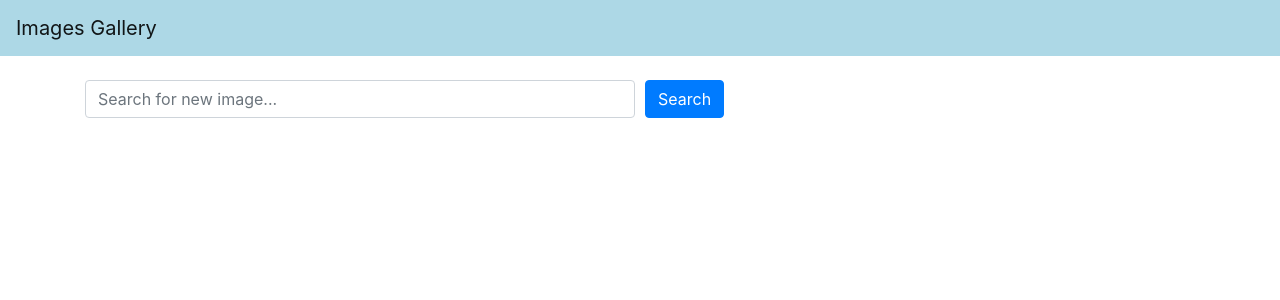
Repository: Zolds403/images-gallery
Page: / (app in frontend/)
An editor plug-in stored every save of this project. The page is shown before and after the next save, followed by the edit.
The browser window is 1280 px wide. The pictures show the whole page.
The project was rebuilt for these pictures with package versions that can differ from the ones it lists, and the page was loaded fresh each time.

Above is the page before, as saved 2021-06-03 18:39:23.

After the next save:
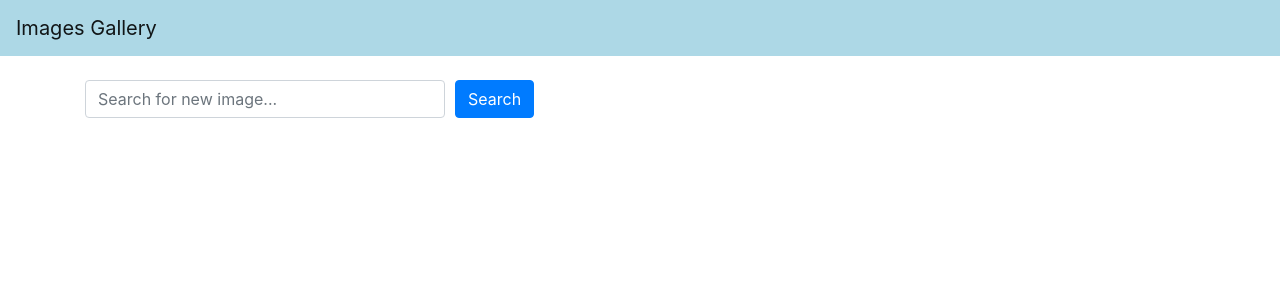
Saved 4 min 35 s later.
--- a/frontend/src/components/Search.js
+++ b/frontend/src/components/Search.js
@@ -5,8 +5,8 @@ import { Container, Row, Col, Form, Button } from 'react-bootstrap';
 const Search = () => {
     return (
       <Container className="mt-4">
-        <Row>
-          <Col>
+        <Row className="justify-content">
+          <Col xs={12} md={8}>
             <Form>
               <Form.Row>
                 <Col>
